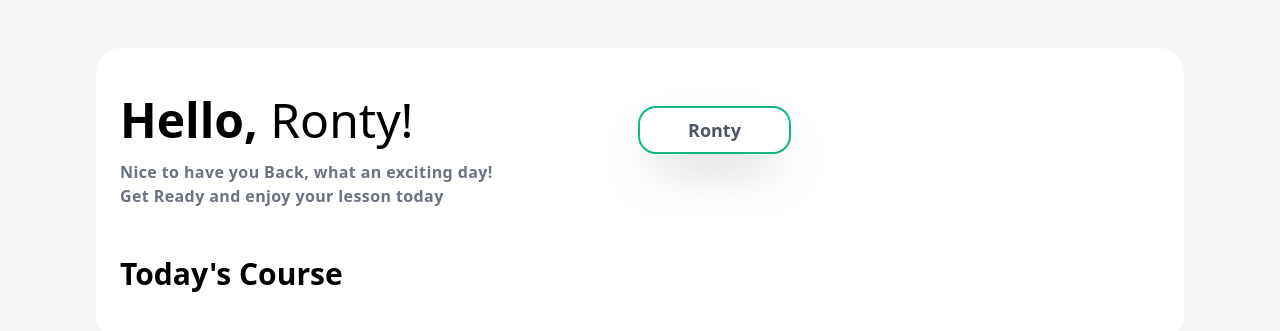
Repository: coolronts/Vite-Tailwind
Page: /
These files come from the project's save history. The page is drawn as it stood at one moment and after a run of saves; the edit follows.
The browser window is 1280 px wide. The pictures show the whole page.
The project was rebuilt for these pictures with package versions that can differ from the ones it lists, and the page was loaded fresh each time. Also part of the build but not shown: vite.config.js, src/components/Card/index.jsx, src/Section/Course/index.jsx.

Above is the page before, as saved 2021-11-26 07:22:49.

### src/App.jsx
import './App.css'

import { PrimaryButton, SecondaryButton } from './components/Button'

import {PrimaryCard} from './components/Card'
import SplitScreen from './components/SplitScreen'
import { useState } from 'react'

function App() {

  return (
    <div className="App bg-white my-12 mx-24 rounded-3xl px-6 py-12">
      <SplitScreen>
        <div id="left">
          <div className="mb-12">
            <h3 className="text-5xl font-sans font-bold mb-4">Hello, <span className="font-light">Ronty!</span> </h3>
            <h5 className="font-semibold tracking-wide text-gray-500">Nice to have you Back, what an exciting day!</h5>
            <h5 className="font-semibold tracking-wide text-gray-500">Get Ready and enjoy your lesson today</h5>
          </div>

          <div>
            <p className="text-3xl font-bold  font-sans">Today's Course</p>
          </div>

        </div>

        <div id="right">
          <SecondaryButton name="Ronty"/>
        </div>


      </SplitScreen>
    </div>
  )
}

export default App

### src/components/Button/index.jsx
import React from 'react'

export const PrimaryButton = ({name}) =>{
  return (
    <button className="bg-green-500 px-12 py-2 ring-2 ring-green-500 text-white text-lg font-semibold shadow-2xl rounded-2xl mt-3">
      {name}
    </button>
  )
}

export const SecondaryButton = ({name}) =>{
  return (
    <button className="bg-white px-12 py-2 ring-2 ring-green-500 text-gray-600 text-lg font-semibold shadow-2xl rounded-2xl mt-3">
      {name}
    </button>
  )
}

### src/components/SplitScreen/index.jsx
import PropTypes from 'prop-types'
import React from "react"
import tw from "tailwind-styled-components"

const Container = tw.div`${(props) => props.weight}`;

const Pane = tw.div`${(props) => props.weight}`;

const SplitScreen = ({
	children,
	containerWeight = 'flex w-full',
  leftWeight = 'w-1/2',
	rightWeight = 'w-1/2',
}) => {
	const [left, right] = children;
	return (
		<Container className={containerWeight}>
			<Pane className={leftWeight}>
				{left}
			</Pane>
			<Pane className={rightWeight}>
				{right}
			</Pane>
		</Container>
	);
}

export default SplitScreen

SplitScreen.propTypes = {
	children: PropTypes.arrayOf(PropTypes.node).isRequired,
	containerWeight: PropTypes.string,
	leftWeight: PropTypes.string,
	rightWeight: PropTypes.string,
}

### src/Section/index.js
import Course from "./Course";
import Intro from "./Intro";

export { Intro, Course };

### src/Section/Intro/index.jsx
import React from 'react'

export default function Intro({name}) {
  return (
    <div className="mb-12">
      <h3 className="text-5xl font-sans font-bold mb-4">Hello, <span className="font-light">Ronty!</span> </h3>
      <div className="font-semibold tracking-wide text-gray-500">

      </div>
      <h5>Nice to have you Back, what an exciting day!</h5>
      <h5>Get Ready and enjoy your lesson today</h5>
    </div>
  )
}

Loaded but not shown: index.html (common file); src/main.jsx (common file); src/index.css (common file); src/App.css (common file); tailwind.config.js (common file)

After the next 3 saves:
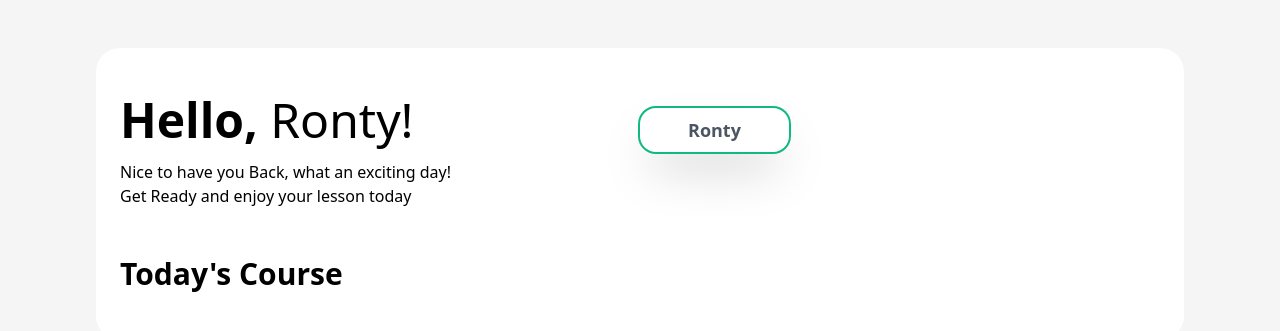
The 3 saves are shown as one change because 2 did not build or start.
The last was saved 75 s later.
--- a/src/App.jsx
+++ b/src/App.jsx
@@ -1,5 +1,6 @@
 import './App.css'
 
+import {Course, Intro} from './Section'
 import { PrimaryButton, SecondaryButton } from './components/Button'
 
 import {PrimaryCard} from './components/Card'
@@ -12,14 +13,11 @@ function App() {
     <div className="App bg-white my-12 mx-24 rounded-3xl px-6 py-12">
       <SplitScreen>
         <div id="left">
-          <div className="mb-12">
-            <h3 className="text-5xl font-sans font-bold mb-4">Hello, <span className="font-light">Ronty!</span> </h3>
-            <h5 className="font-semibold tracking-wide text-gray-500">Nice to have you Back, what an exciting day!</h5>
-            <h5 className="font-semibold tracking-wide text-gray-500">Get Ready and enjoy your lesson today</h5>
-          </div>
+          <Intro/>
 
           <div>
             <p className="text-3xl font-bold  font-sans">Today's Course</p>
+
           </div>
 
         </div>
